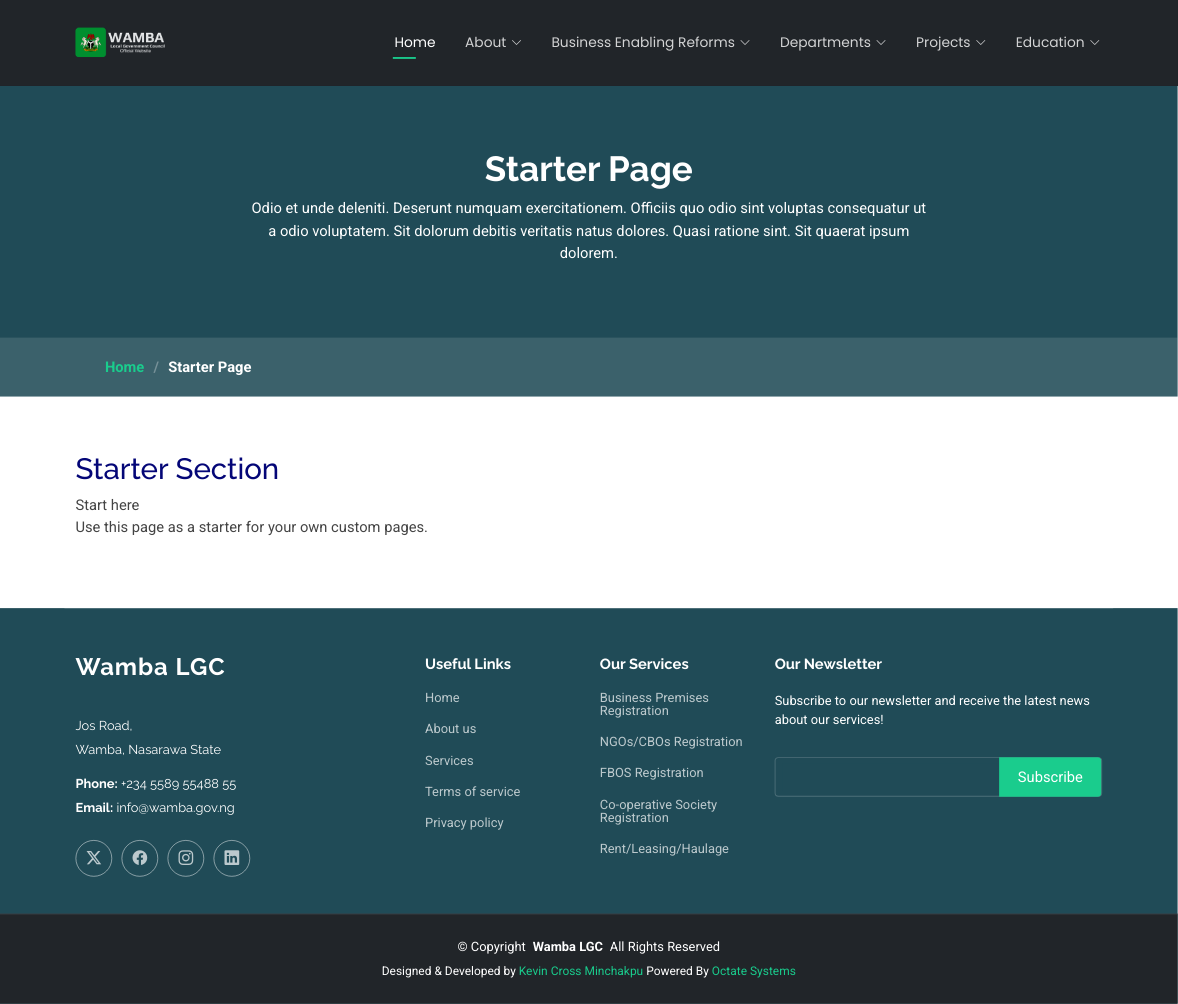
Repository: GlorifiedIntel/wamba-lgc
Page: template.html
These files come from the project's save history. The page is drawn as it stood at one moment and after the next save; the edit follows.
The browser window is 1280 px wide. The pictures show the whole page, at 92% of full size.

Above is the page before, as saved 2025-02-06 03:44:47.
Console error: TypeError: Cannot read properties of null (reading 'click')

After the next save:
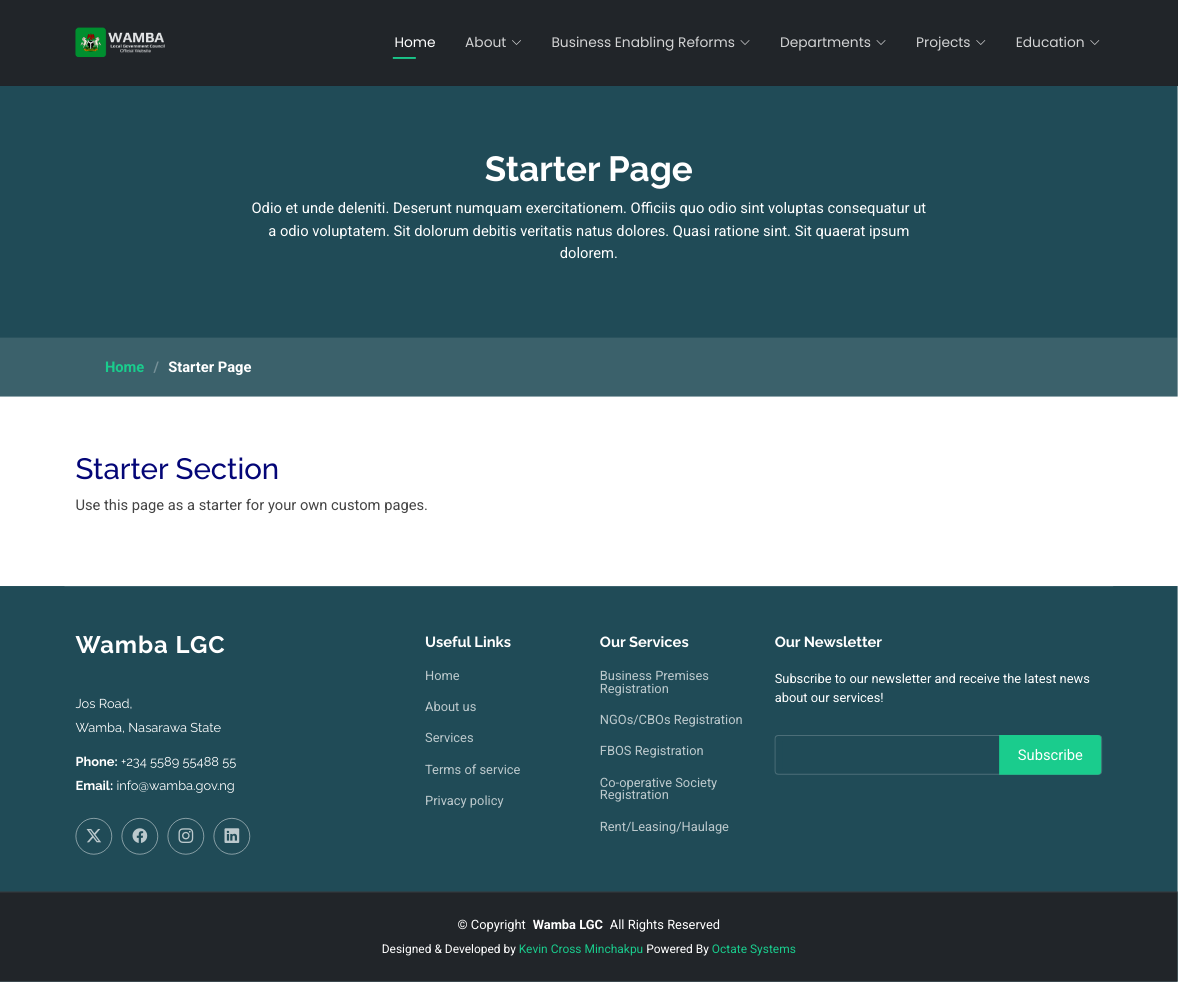
Saved 18 s later.
--- a/template.html
+++ b/template.html
@@ -128,9 +128,7 @@
       <!-- Section Title -->
       <div class="container">
         <h2>Starter Section</h2>
-        <div>
-          Start here
-        </div>
+
       </div><!-- End Section Title -->
 
       <div class="container" data-aos="fade-up">
